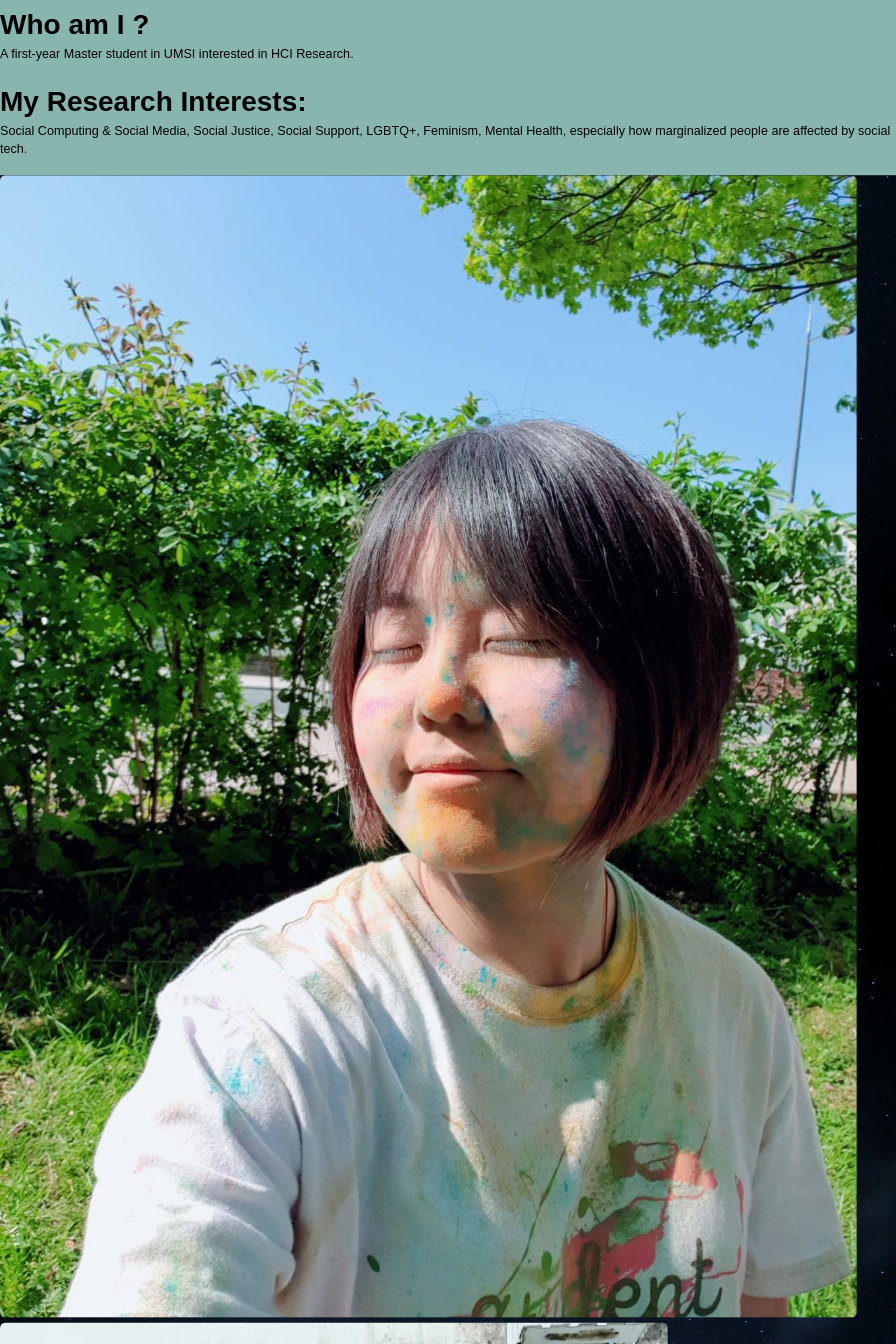
Repository: jiaqili0803/SI_539
Page: project/about.html
The author's editor kept a copy of each file at every save. The page is drawn from the files as they stood at one save, then again after the next save.
The browser window is 1280 px wide. The pictures show the part of the page from y = 596 to 2516 px (the page is 13407 px tall before and 13355 px after), at 70% of full size.
Backgrounds fixed to the window are drawn as part of the page.

Above is the page before, as saved 2021-12-10 17:16:30.

### project/about.html
<!DOCTYPE html>
<html lang="en">
  <head>
    <meta charset="utf-8">
    <meta name="viewport" content="width=device-width, initial-scale=1.0">
    <link rel="stylesheet" type="text/css" href="css/html5reset.css">
    <link rel="stylesheet" type="text/css" href="css/style.css">
    <title>Ella Li</title>
  </head>

  <body>

    <header>
      <div class="skip"><a href="about.html">Skip to Main Content</a></div>
      <nav>
        <ul>
          <li><a href = "about.html" class='active-page'>About</a></li>
          <li><a href = "study.html">Study</a></li>
          <li><a href = "life.html">Life Gallery</a></li>
          <li><a href = "hobby.html">Hobby</a></li>
        </ul>
      </nav>
    </header>


    <main>

      <!-- used to be id=main -->
      <header id="main-content">
        <h1>Ella Li.</h1>
        <h2>A big dreamer.</h2>
      </header>




      <div class="about text-block">
        <!-- <a id="about"></a> -->

        <h2>Who am I ?</h2>
        <p>A first-year Master student in UMSI interested in HCI Research.</p>

        <br>

        <h2>My Research Interests: </h2>
        <p>Social Computing & Social Media, Social Justice, Social Support, LGBTQ+, Feminism, Mental Health, especially how marginalized people are affected by social tech. </p>

        <br>

      </div>

      <div class="about image">
        <img src="images/1.jpg" alt="ella_photo"/>
        <img src="images/2.jpg" alt="ella_photo"/>
        <img src="images/3.jpg" alt="ella_photo"/>
        <img src="images/4.jpg" alt="ella_photo"/>
        <img src="images/5.jpg" alt="ella_photo"/>
        <img src="images/6.jpg" alt="ella_photo"/>
        <img src="images/7.jpg" alt="ella_photo"/>
        <img src="images/8.jpg" alt="ella_photo"/>
        <img src="images/9.jpg" alt="ella_photo"/>
        <img src="images/10.jpg" alt="ella_photo"/>
      </div>



    </main>


    <footer>
      <p>Ella Li &copy; 2021</p>
    </footer>

  </body>
</html>

### project/css/html5reset.css
/*
html5doctor.com Reset Stylesheet
v1.6.1
Last Updated: 2010-09-17
Author: Richard Clark - http://richclarkdesign.com
Twitter: @rich_clark
*/

html, body, div, span, object, iframe,
h1, h2, h3, h4, h5, h6, p, blockquote, pre,
abbr, address, cite, code,
del, dfn, em, img, ins, kbd, q, samp,
small, strong, sub, sup, var,
b, i,
dl, dt, dd, ol, ul, li,
fieldset, form, label, legend,
table, caption, tbody, tfoot, thead, tr, th, td,
article, aside, canvas, details, figcaption, figure,
footer, header, hgroup, menu, nav, section, summary,
time, mark, audio, video {
    margin:0;
    padding:0;
    border:0;
    outline:0;
    font-size:100%;
    vertical-align:baseline;
    background:transparent;
}

body {
    line-height:1;
}

article,aside,details,figcaption,figure,
footer,header,hgroup,menu,nav,section {
	display:block;
}

nav ul {
    list-style:none;
}

blockquote, q {
    quotes:none;
}

blockquote:before, blockquote:after,
q:before, q:after {
    content:'';
    content:none;
}

a {
    margin:0;
    padding:0;
    font-size:100%;
    vertical-align:baseline;
    background:transparent;
}

/* change colours to suit your needs */
ins {
    background-color:#ff9;
    color:#000;
    text-decoration:none;
}

/* change colours to suit your needs */
mark {
    background-color:#ff9;
    color:#000;
    font-style:italic;
    font-weight:bold;
}

del {
    text-decoration: line-through;
}

abbr[title], dfn[title] {
    border-bottom:1px dotted;
    cursor:help;
}

table {
    border-collapse:collapse;
    border-spacing:0;
}

/* change border colour to suit your needs */
hr {
    display:block;
    height:1px;
    border:0;
    border-top:1px solid #cccccc;
    margin:1em 0;
    padding:0;
}

input, select {
    vertical-align:middle;
}

### project/css/style.css
body{
  /* background-color: #89B5AF; */
  background-image: url("../img/bgimage/universe.jpg");
  font-size: 18px;
  line-height: 1.4em;
  margin: auto;
  padding: 0;
  height: 100%;
  font-family: "Comic Sans MS", sans-serif;

  background-attachment: fixed;
  background-size: cover;

}

/* header */
header{
  color: white;
  height: 300px;

  grid-column: 1/-1;
  grid-row: 1/span 1;
  background: #89B5AF;
}


/* nav */
nav{
  /* background-color:#96C7C1; */
  padding: 25px 0;
  text-align: right;

}

nav ul{
  list-style-type: none;
}

nav li{
  display: inline;
  padding-right: 20px;
}

nav a{
  color: #DED9C4;
  font-weight: bold;
  text-decoration: none;
}

nav a:hover {
  text-decoration: underline;
}

/* footer */
footer{
  /* background-color: #96C7C1; */
  color: #DED9C4;
  padding-top: 30px;
  text-align: center;
}



/* img */
img {
  border-radius: 8px;
  max-width: 100%;
  height: auto;
}

h1{
  font-size: 70px;
  line-height: 1;
  padding: 50px 0;
  text-align: center;
}

h2{
  font-size: 40px;
  line-height: 1.5;
}


/* class */

.skip a{
  background: white;
  left: 0;
  padding: 6px;
  -webkit-transition: top 1s ease-out;
  transition: top 1s ease-out;
  z-index: 1;
  position: absolute;
  top: -40px;
}

.skip a:focus{
  position: absolute;
  top: 0px;
}


.active-page{
  background-color:white;
  border-radius: 5px;
  text-decoration: underline dotted;

}




.container{

  grid-template-columns: 2fr 5fr 2fr;
  grid-template-rows: repeat(1, auto);
  grid-row-gap: 10px;
  grid-row-end: auto;

}


.about-text-block{
  display: grid;

}

.about-image {
  display: flex;
  flex-wrap: wrap;
  justify-content: center;
  margin-top: 20px;
}



@media screen and (min-width: 1000px){

  .about-image{
    display: flex;
    overflow: hidden;


    column-span: all;
    overflow: hidden;
    grid-row: 3 / span 1;

  }

  .text-block{

    background-color: #89B5AF;

  }

  nav{
    background-color:#96C7C1;
    /* padding: 30px 30px;     */
    text-align: center;
  }

  li{
    padding: 50px;
  }


}

After the next save:
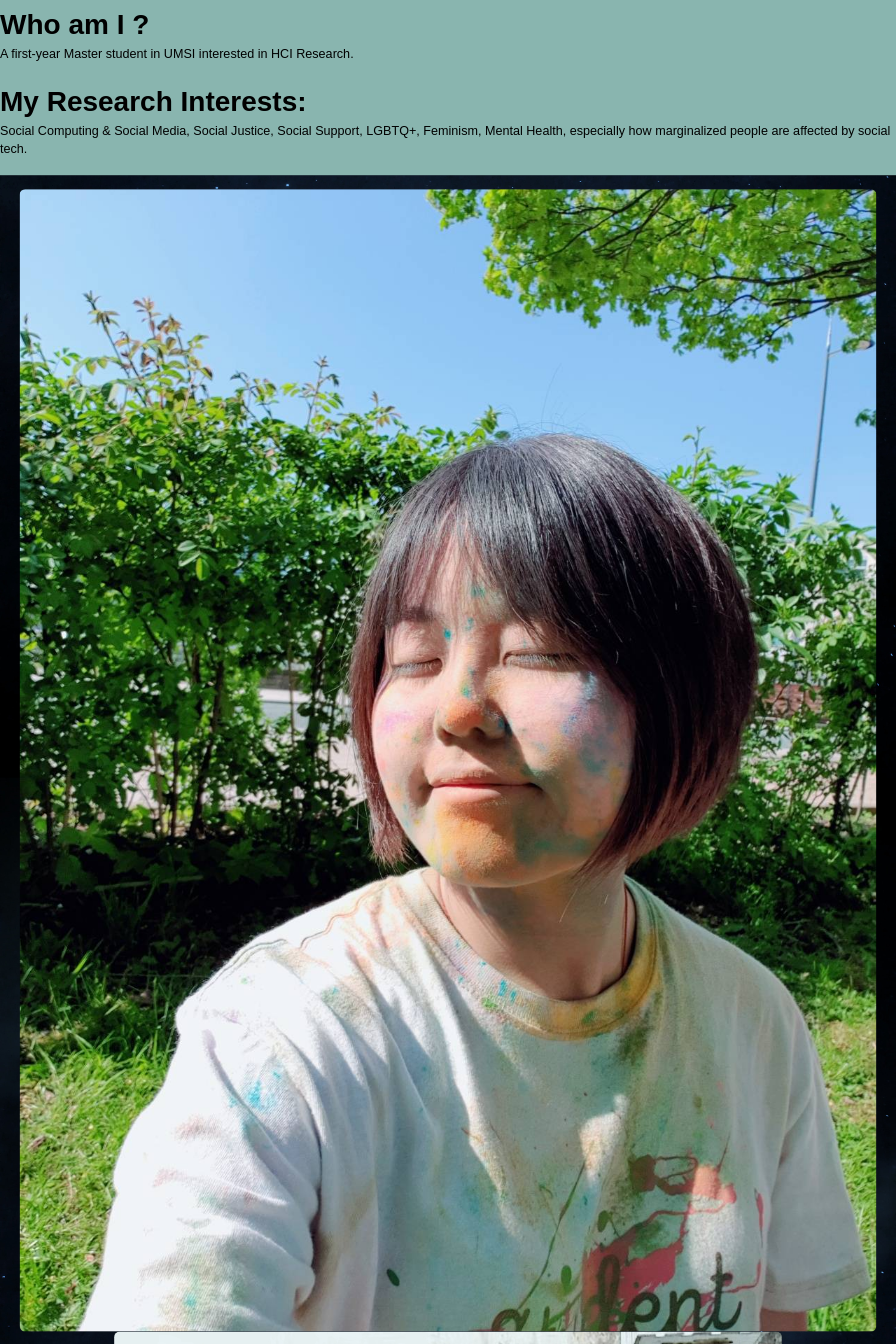
Saved 75 s later.
--- a/project/css/style.css
+++ b/project/css/style.css
@@ -110,27 +110,30 @@ h2{
 
 
 
-.container{
 
-  grid-template-columns: 2fr 5fr 2fr;
+
+
+
+
+
+.text-block{
+  display: grid;
+  /* grid-template-columns: 2fr 5fr 2fr;
   grid-template-rows: repeat(1, auto);
   grid-row-gap: 10px;
-  grid-row-end: auto;
+  grid-row-end: auto; */
 
 }
 
-
-.about-text-block{
-  display: grid;
-
-}
-
-.about-image {
+.image {
   display: flex;
   flex-wrap: wrap;
   justify-content: center;
   margin-top: 20px;
 }
+
+
+
 
 
 
